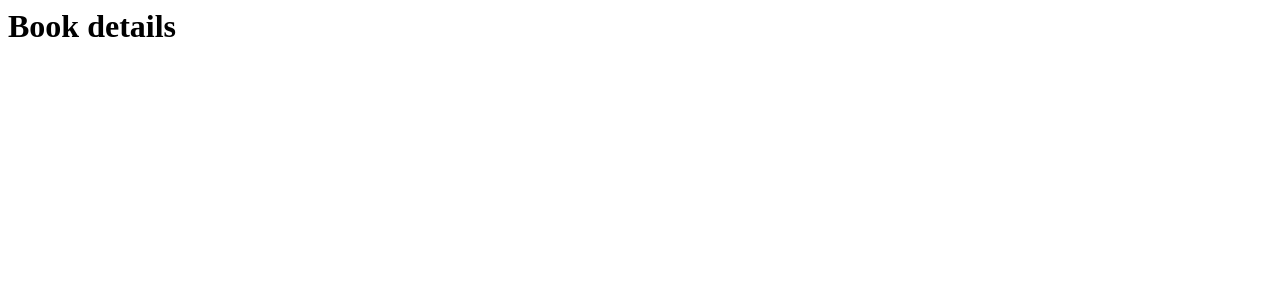
Repository: mukeshkn99/springboot
Page: http://localhost/14-SpringMvc-crud/views/regsuccess.jsp
The author's editor kept a copy of each file at every save. The page is drawn from the files as they stood at one save, then again after the next save.
The browser window is 1280 px wide. The pictures show the whole page.
The page is served by Tomcat 9. Other server files are loaded and not shown.

Above is the page before, as saved 2022-06-19 16:33:52.

### 14-SpringMvc-crud/src/main/webapp/views/regsuccess.jsp
<Html>
<head>
<title>welcome</title>
</head>
<body>
<h1>Book details</h1>
<form action="addbook" method="post" modelAttribute="b">
<p>${success}</p>
<br/>

 </body>
 </html>

After the next save:
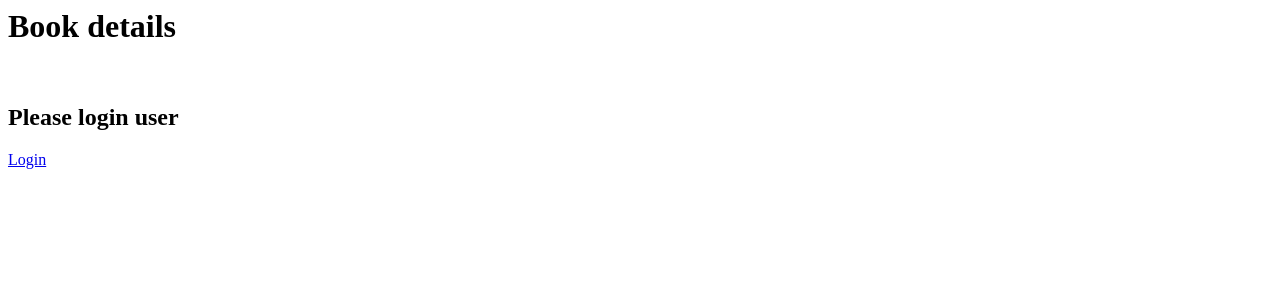
Saved 102 s later.
--- a/14-SpringMvc-crud/src/main/webapp/views/regsuccess.jsp
+++ b/14-SpringMvc-crud/src/main/webapp/views/regsuccess.jsp
@@ -4,9 +4,9 @@
 </head>
 <body>
 <h1>Book details</h1>
-<form action="addbook" method="post" modelAttribute="b">
 <p>${success}</p>
 <br/>
-
+<h2>Please login user</h2>
+<a href="login">Login</a>
  </body>
  </html>
